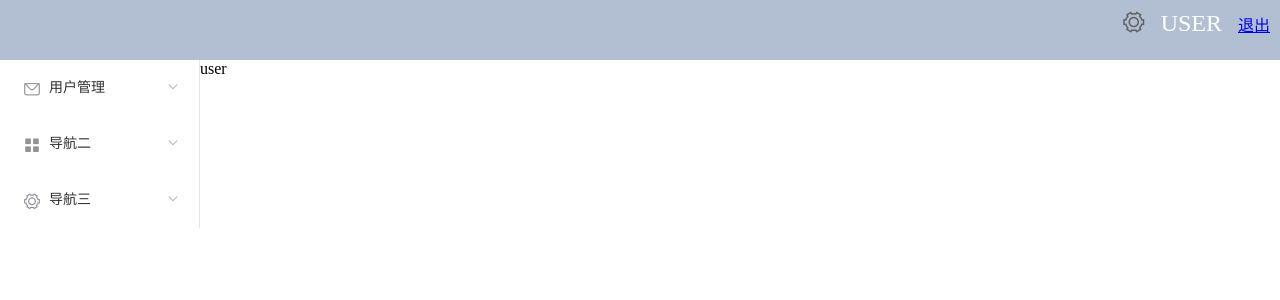
Repository: euphor1azzy/testlist
Page: /#/users (app in list/)
An editor plug-in stored every save of this project. The page is shown before and after the next save, followed by the edit.
The browser window is 1280 px wide. The pictures show the whole page.
The project was rebuilt for these pictures with package versions that can differ from the ones it lists, and the page was loaded fresh each time. Also part of the build but not shown: list/src/views/login/login.vue.

Above is the page before, as saved 2020-08-25 16:01:15.

After the next save:
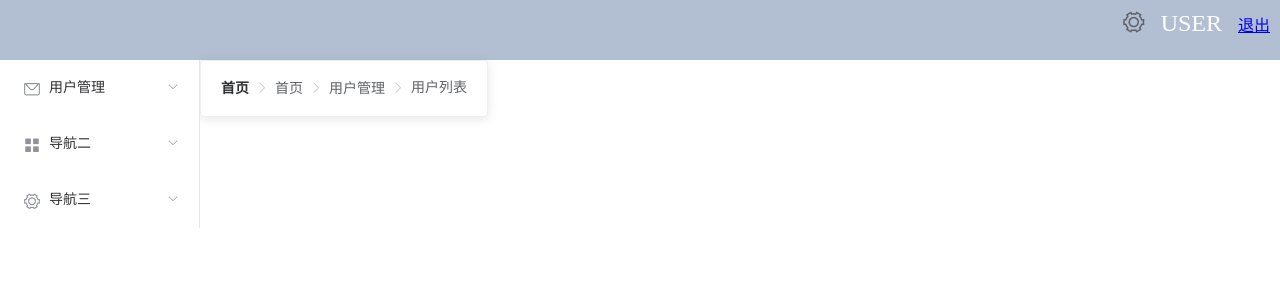
Saved 74 min 19 s later.
--- a/list/src/components/users/users.vue
+++ b/list/src/components/users/users.vue
@@ -1,5 +1,14 @@
 <template>
- <div>user</div>
+
+ <el-card class="box-card">
+ <!-- 面包屑 -->
+    <el-breadcrumb separator-class="el-icon-arrow-right">
+    <el-breadcrumb-item :to="{ path: '/' }">首页</el-breadcrumb-item>
+    <el-breadcrumb-item>首页</el-breadcrumb-item>
+    <el-breadcrumb-item>用户管理</el-breadcrumb-item>
+    <el-breadcrumb-item>用户列表</el-breadcrumb-item>
+    </el-breadcrumb>
+</el-card>
 </template>
 
 <script>
@@ -9,5 +18,7 @@ export default {
 </script>
 
 <style>
-
+.box-card{
+    height: 100%;
+}
 </style>
